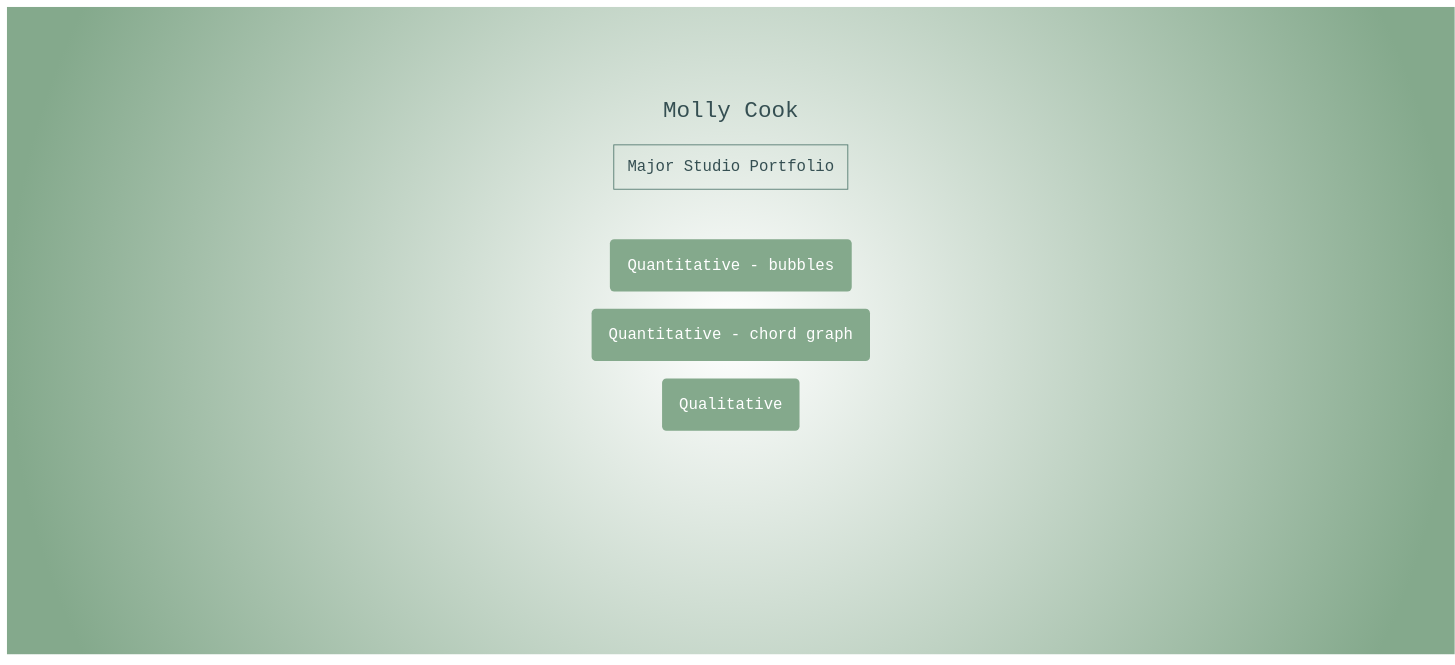
Repository: m0llyc00k/Major-studio-1
Page: index.html
The author's editor kept a record of every edit. The page is drawn from the files as they stood at one moment, then again after the next edit.
The browser window is 1280 px wide. The page is 1672 px wide, so the pictures cover 1672 px, including what lies to the right of the window. The pictures show the whole page, at 87% of full size.

Above is the page before.

After the next edit:
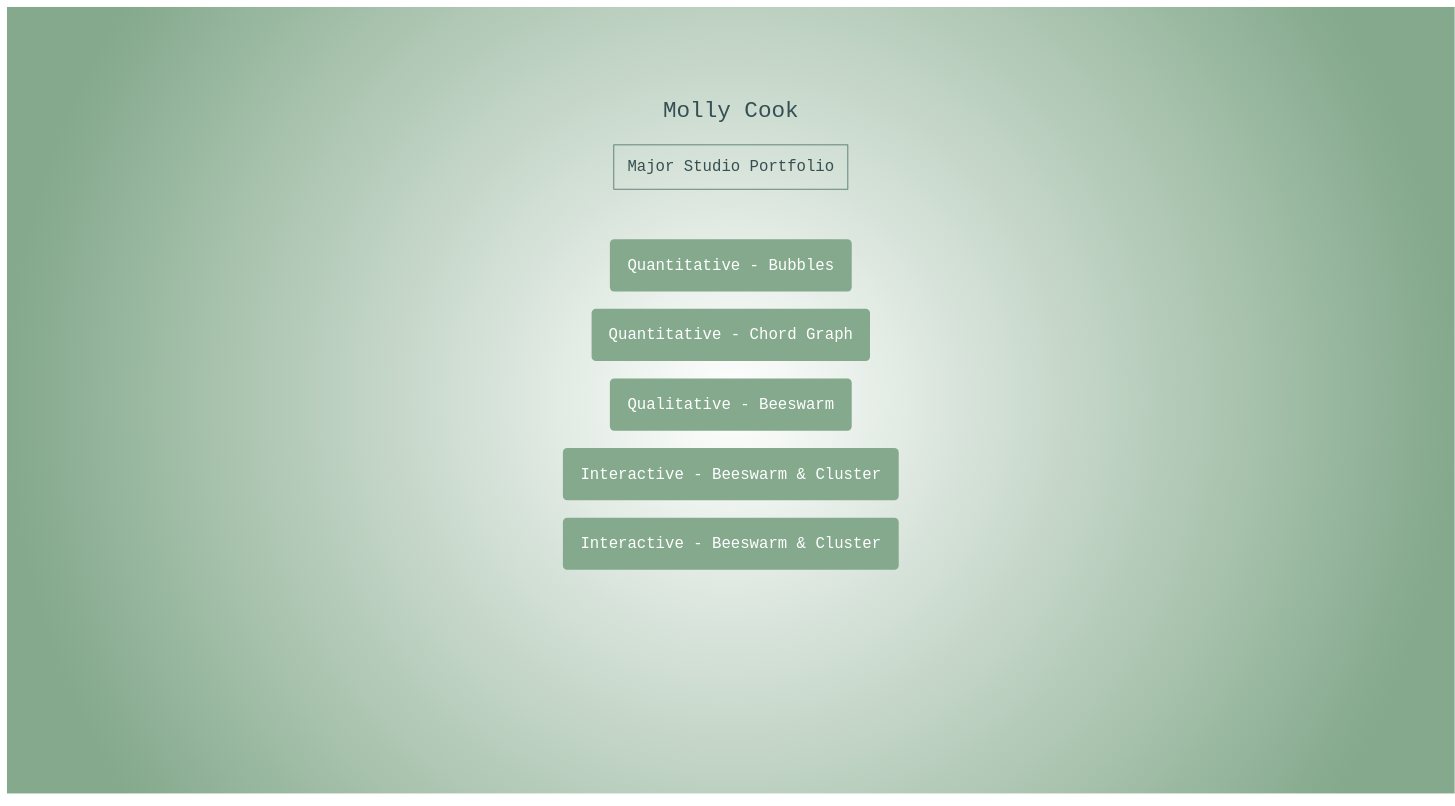
The edit:
--- a/index.html
+++ b/index.html
@@ -13,9 +13,12 @@
         </br>
         <h2>Major Studio Portfolio</h2>
         <ul>
-           <li> <a href="./Week 01/assignment-1-folder/index1.html"> Quantitative - bubbles</a> </li>
-           <li>  <a href="./Week 02/assignment-2-folder/index2.html"> Quantitative - chord graph</a></li>
-            <li> <a href="./Week 03/assignment-3-folder/index3.html"> Qualitative</a></li>
+           <li>  <a href="./Week5_Smithsonian_quantitative_original/topic_bubbles.html"> Quantitative - Bubbles</a></li>
+            <li> <a href="./Week5_Smithsonian_quantitative_original/Smithsonian_chord_graph/index-topics.html"> Quantitative - Chord Graph</a> </li>
+            <li> <a href="./Qualitative/examples-beeswarm/index-2.html"> Qualitative - Beeswarm</a></li>
+            <li> <a href="./Final/index.html"> Interactive - Beeswarm & Cluster</a></li>
+            <li> <a href="./Final_v2/index.html"> Interactive - Beeswarm & Cluster</a></li>
+
         </ul>
     </div>
 </body>
